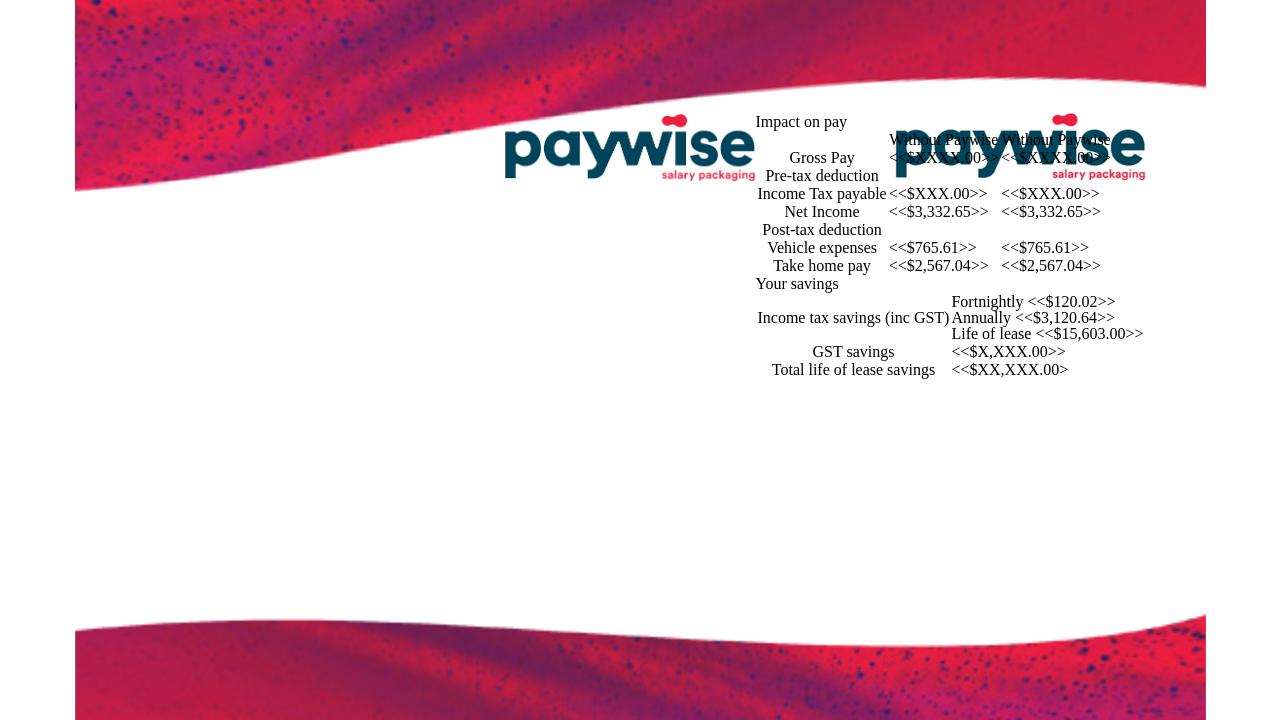
Repository: hoangtubest/novated-phong
Page: 2.html
The author's editor kept a copy of each file at every save. The page is drawn from the files as they stood at one save, then again after the next save.
The browser window is 1280 px wide. The pictures show the whole page.
The style sheet was rebuilt from its Sass, Less or Tailwind sources for each picture, by a compiler version that may differ from the author's.

Above is the page before, as saved 2023-10-18 15:11:24.

### 2.html
<!DOCTYPE html>
<html lang="en">

<head>
  <meta charset="UTF-8">
  <meta name="viewport" content="width=device-width, initial-scale=1.0">
  <title>2</title>
  <link rel="stylesheet" href="./css/styles.css">
</head>

<body>
  <div class="wrapper">
    <div class="wrapper-inner wrapper-inner--v2">
      <div class="header">
        <div class="header-logo">
          <h1><img src="./images/logo.png" alt="paywise salary packaging"></h1>
        </div>
        <div class="pw-2-price">
          <div class="pw-2-price__inner">
            <div class="pw-2-value-cost">
              <div class="pw-2-value-cost__row">
                <div class="pw-2-value-cost__col">
                </div>
              </div>
            </div>
          </div>
        </div>
        <div class="pw-2-info">
          <div class="pw-2-info__row">
            <div class="pw-2-info__col">
              <h2 class="pw-2-info__title">Impact on pay</h2>
              <div class="pw-2-info__content">
                <table class="table-01">
                  <thead>
                    <tr>
                      <th>&nbsp;</th>
                      <th>Without Paywise</th>
                      <th>Without Paywise</th>
                    </tr>
                  </thead>
                  <tbody>
                    <tr>
                      <th>Gross Pay</th>
                      <td>
                        <<$XXXX.00>>
                      </td>
                      <td>
                        <<$XXXX.00>>
                      </td>
                    </tr>
                    <tr>
                      <th>Pre-tax deduction</th>
                      <td>&nbsp;</td>
                      <td>&nbsp;</td>
                    </tr>
                    <tr>
                      <th>Income Tax payable</th>
                      <td>
                        <<$XXX.00>>
                      </td>
                      <td>
                        <<$XXX.00>>
                      </td>
                    </tr>
                    <tr>
                      <th>Net Income</th>
                      <td>
                        <<$3,332.65>>
                      </td>
                      <td>
                        <<$3,332.65>>
                      </td>
                    </tr>
                    <tr>
                      <th>Post-tax deduction</th>
                      <td>&nbsp;</td>
                      <td>&nbsp;</td>
                    </tr>
                    <tr>
                      <th>Vehicle expenses</th>
                      <td>
                        <<$765.61>>
                      </td>
                      <td>
                        <<$765.61>>
                      </td>
                    </tr>
                    <tr>
                      <th>Take home pay</th>
                      <td>
                        <<$2,567.04>>
                      </td>
                      <td>
                        <<$2,567.04>>
                      </td>
                    </tr>
                  </tbody>
                </table>
              </div>
            </div>
            <div class="pw-2-info__col">
              <h2 class="pw-2-info__title">Your savings</h2>
              <div class="pw-2-info__content">
                <table class="table-01">
                  <tbody>
                    <tr>
                      <th>Income tax savings <em>(inc GST)</em></th>
                      <td>
                        <p><em>Fortnightly</em>
                          <<$120.02>>
                        </p>
                        <p><em>Annually</em>
                          <<$3,120.64>>
                        </p>
                        <p><em>Life of lease</em>
                          <<$15,603.00>>
                        </p>
                      </td>
                    </tr>
                    <tr>
                      <th>GST savings</th>
                      <td>
                        <<$X,XXX.00>>
                      </td>
                    </tr>
                    <tr>
                      <th>Total life of lease savings</th>
                      <td>
                        <<$XX,XXX.00>
                      </td>
                    </tr>
                  </tbody>
                </table>
              </div>
            </div>
          </div>
        </div>
      </div>
    </div>
  </div>
</body>

</html>

### css/styles.scss
*,
*:before,
*:after {
  box-sizing: border-box;
}

* {
  margin: 0;
  padding: 0;
  font: inherit;
}

img,
picture,
svg,
video {
  display: block;
  max-width: 100%;
}

input,
select,
textarea {
  background-color: transparent;
  outline: none;
}

button {
  cursor: pointer;
  background-color: transparent;
  outline: none;
  border: 0;
}

body {
  min-height: 100vh;
  font-weight: 400;
  font-size: 16px;
  line-height: 1;
}

img {
  vertical-align: bottom;
  max-width: 100%;
  height: auto;
}

.wrapper-inner {
  max-width: 1131px;
  margin: 0 auto;
  position: relative;
  min-height: 100vh;

  &::before,
  &::after {
    position: absolute;
    left: 0;
    width: 100%;
    content: "";
    z-index: -1;
    background-size: cover;
  }

  &::before {
    top: 0;
    height: 192px;
    background-position: bottom center;
  }

  &::after {
    bottom: 0;
    height: 136px;
    background-position: top center;
  }

  &--v1 {
    &::before {
      background-image: url("../images/pattern_01_v1.png");
    }

    &::after {
      background-image: url("../images/pattern_02_v1.png");
    }
  }

  &--v2 {
    &::before {
      background-image: url("../images/pattern_01_v2.png");
    }

    &::after {
      background-image: url("../images/pattern_02_v2.png");
    }

    .header {
      display: flex;
      justify-content: flex-end;
    }
  }
}

.header {
  padding: 114px 60px 0;
}

.header-logo {
  width: 250px;
}

.pw-1-feature {
  padding: 60px 30px 25px;

  &__row {
    display: flex;
    gap: 13px;
  }

  &__col {
    width: 25%;
    height: 135px;
    background: url("../images/red-blob.png") no-repeat center center / 100% 100%;
    display: flex;
    align-items: center;

    &:nth-child(2n+1) {
      background-image: url("../images/inverse-blob.png");
    }
  }

  &__content {
    width: 100%;
    color: #fff;
    text-align: right;
    padding-right: 12px;
    ;
  }
}

After the next save:
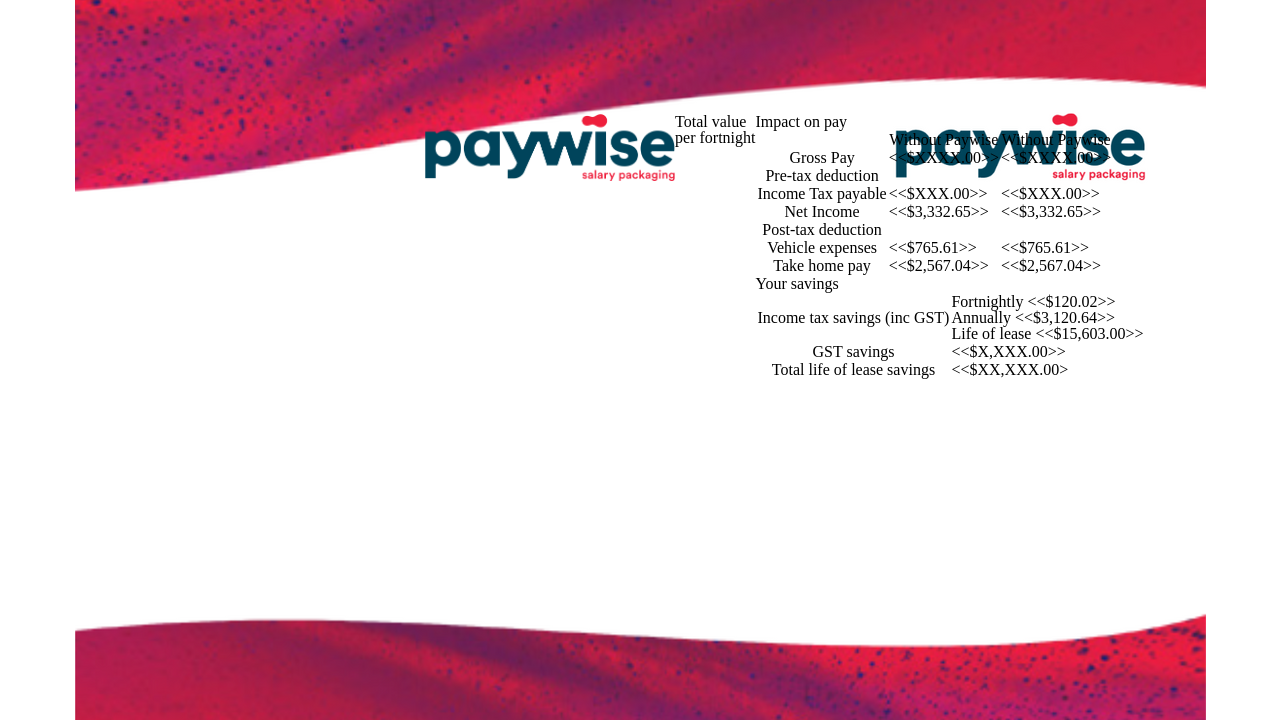
Saved 12 s later.
--- a/2.html
+++ b/2.html
@@ -20,6 +20,10 @@
             <div class="pw-2-value-cost">
               <div class="pw-2-value-cost__row">
                 <div class="pw-2-value-cost__col">
+                  <dl>
+                    <dt>Total value <br>per fortnight</dt>
+                    <dd></dd>
+                  </dl>
                 </div>
               </div>
             </div>
